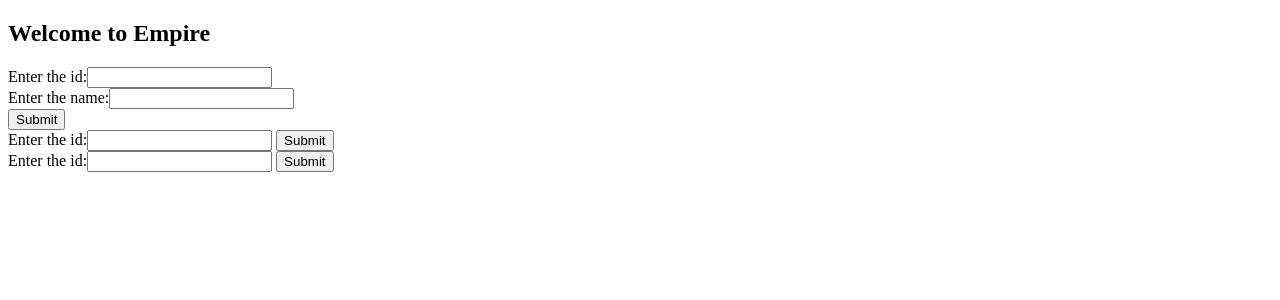
Repository: Charitra-2001/Java-Hibernate-SpringBoot
Page: http://localhost/SpringMVCboot/views/index.jsp
An editor plug-in stored every save of this project. The page is shown before and after the next save, followed by the edit.
The browser window is 1280 px wide. The pictures show the whole page.
The page is served by Tomcat 9.

Above is the page before, as saved 2024-02-11 07:05:25.

After the next save:
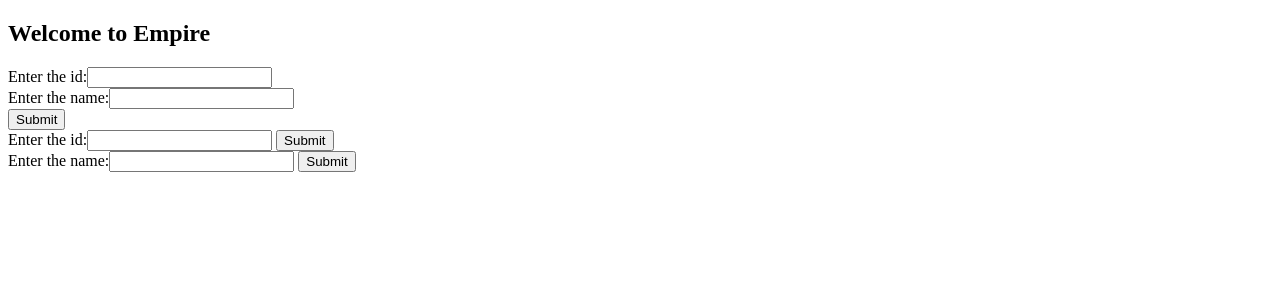
Saved 4 s later.
--- a/SpringMVCboot/src/main/webapp/views/index.jsp
+++ b/SpringMVCboot/src/main/webapp/views/index.jsp
@@ -20,7 +20,7 @@
 	</form>
 
 	<form action="getAlienByName" method="post">
-		Enter the id:<input type="text" name="aname">
+		Enter the name:<input type="text" name="aname">
 		<input type="submit">
 	</form>
 </body>
